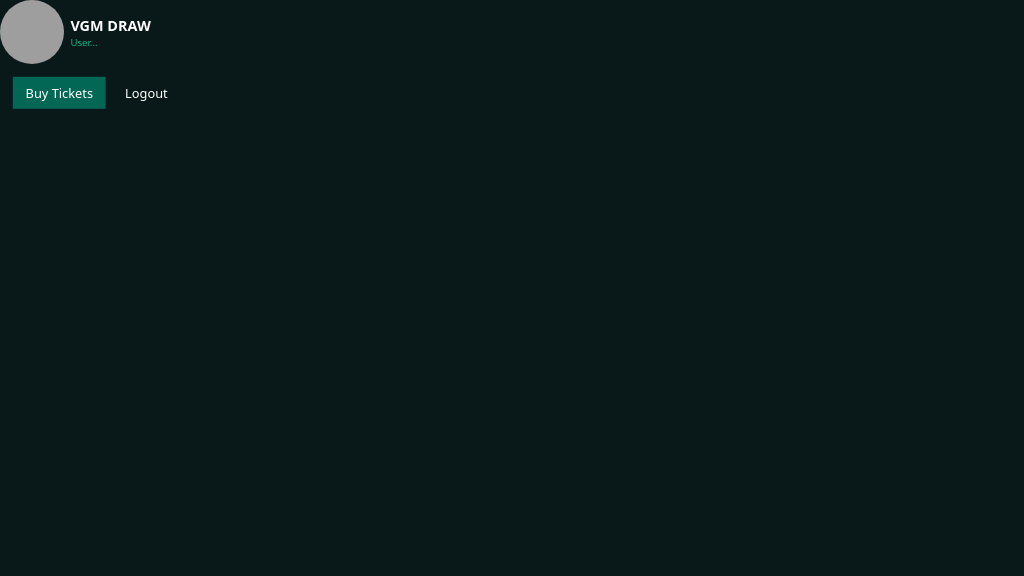
Repository: venu-369/lottery-web3
Page: /
An editor plug-in stored every save of this project. The page is shown before and after the next save, followed by the edit.
The browser window is 1280 px wide. The pictures show the whole page, at 80% of full size.
Pictures or frames that could not be fetched are drawn as grey boxes. The project was rebuilt for these pictures with package versions that can differ from the ones it lists, and the page was loaded fresh each time. The framework's server and built-in components were replaced by stand-ins that run in the browser. Also part of the build but not shown: next.config.js.

Above is the page before, as saved 2023-01-11 14:29:59.

### pages/index.tsx
import type { NextPage } from 'next'
import Head from 'next/head'
import Image from 'next/image'
import Header from '../components/Header'

const Home: NextPage = () => {
  return (
    <div className="bg-[#091818] min-h-screen flex flex-col">
      <Head>
        <title>VGM Lottery</title>
        <link rel="icon" href="/favicon.ico" />
      </Head>
      <Header />

    </div>
  )
}

export default Home

### components/Header.tsx
import React from 'react'
import NavButton from './NavButton';
import { Bars3BottomRightIcon } from '@heroicons/react/24/solid';

const Header = () => {
  return (
    <div >
        <div className="flex items-center space-x-2">
            <img
             className='rounded-full h-20 w-20'
             src="https://i.pinimg.com/564x/93/93/41/93934128ae88668f93c1abaaf1e62b1b.jpg"
             alt=""
             />

        <div>
            <h1 className='text-lg text-white font-bold'>VGM DRAW</h1>
            <p className='text-xs text-emerald-500 truncate'>User...</p>
        </div>

     </div>
     <div>
        <div className='bf-[#0a1f1c] p-4 space-x-2'>
        <NavButton isActive title="Buy Tickets"/>
        <NavButton title="Logout"/>
        </div>
     </div>

     <div>

     </div>
    </div>
  );
}

export default Header

### components/NavButton.tsx
import React from 'react'

interface Props {
    title?: string;
    isActive?: boolean;
}

const NavButton = ({title, isActive}: Props) => {
  return (
   <button className={`${isActive && "bg-[#036756]"} hover:bg-[#036756] text-white py-2 px-4 rouded`}>
    {title}
   </button>
  )
}

export default NavButton

Loaded but not shown: pages/_app.tsx (common file); styles/globals.css (common file); tailwind.config.js (common file)

After the next save:
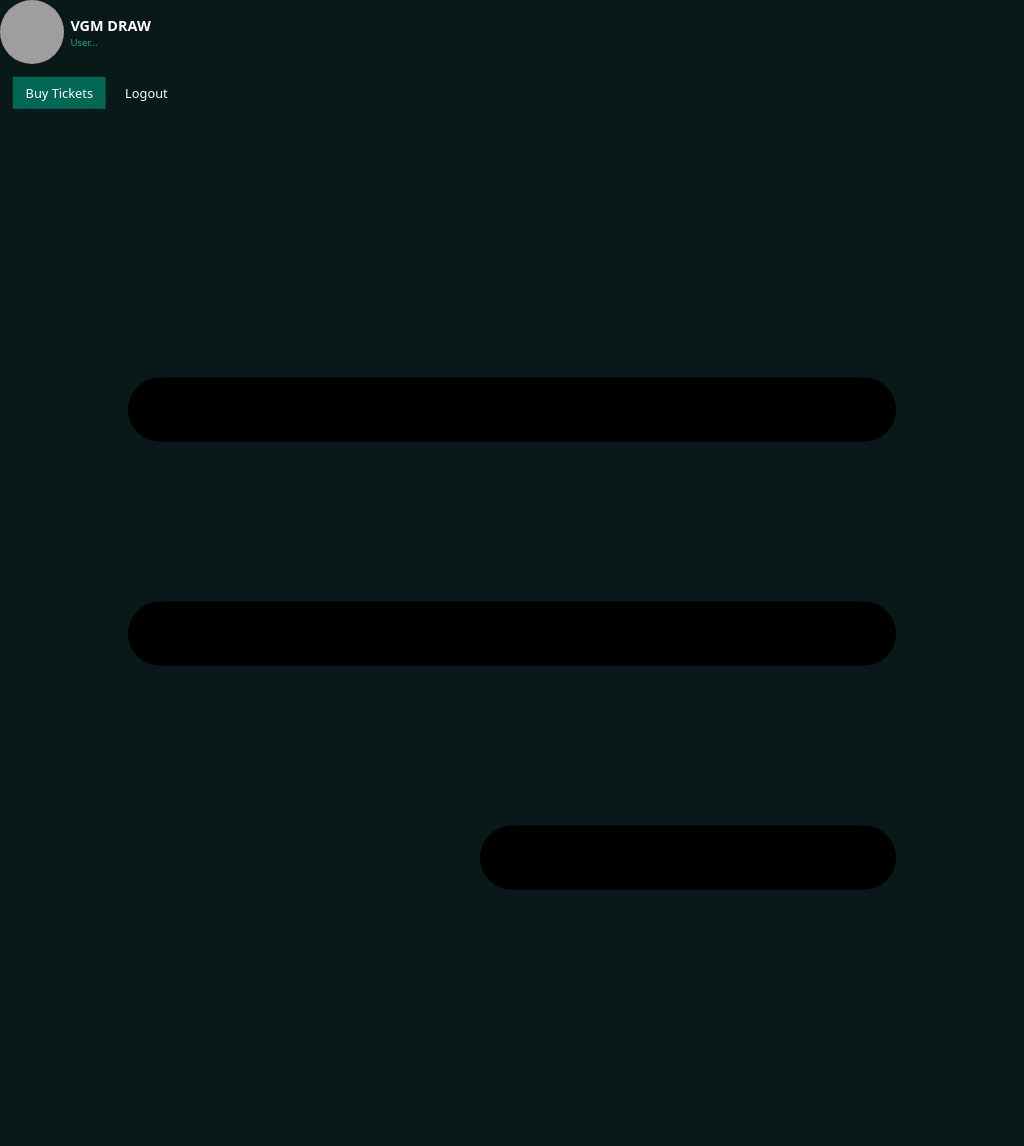
Saved 18 s later.
--- a/components/Header.tsx
+++ b/components/Header.tsx
@@ -26,6 +26,7 @@
      </div>
 
      <div>
+        <Bars3BottomRightIcon />
 
      </div>
     </div>

After the save that followed:
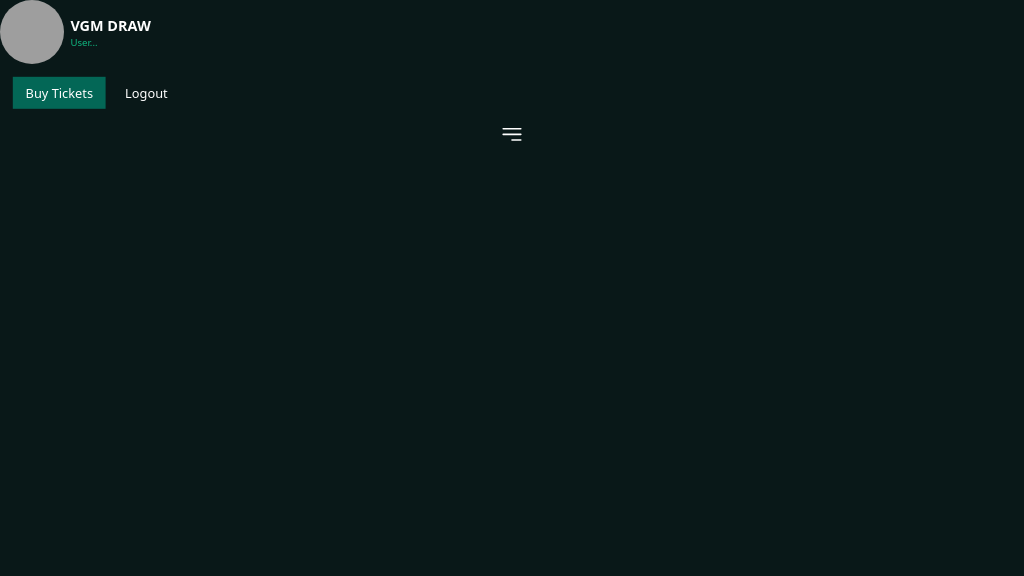
Saved 46 s later.
--- a/components/Header.tsx
+++ b/components/Header.tsx
@@ -26,7 +26,7 @@
      </div>
 
      <div>
-        <Bars3BottomRightIcon />
+        <Bars3BottomRightIcon className='h-8 w-8 mx-auto text-white cursor-pointer'/>
 
      </div>
     </div>
